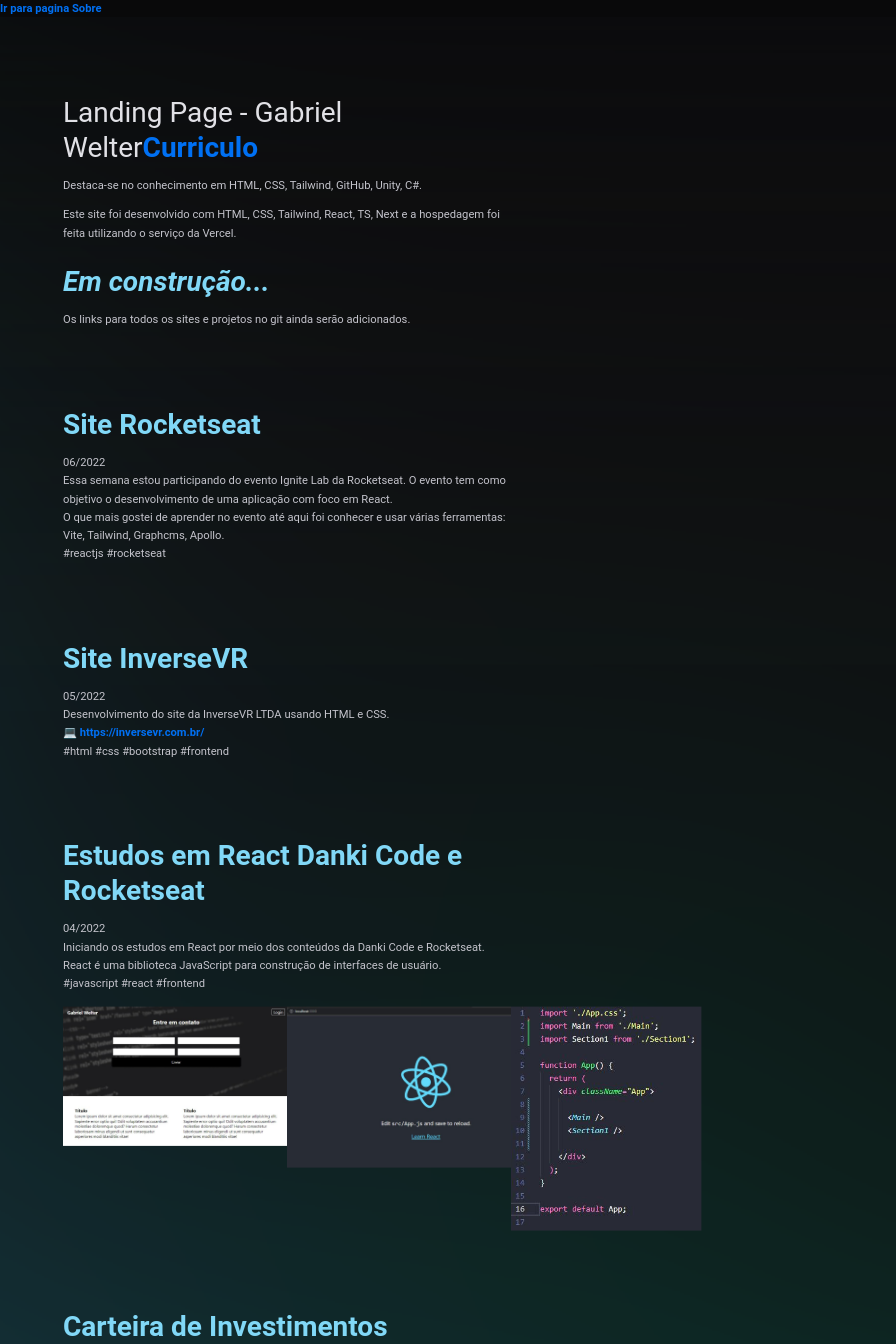
Repository: weltergab/test-next
Page: /
These files come from the project's save history. The page is drawn as it stood at one moment and after the next save; the edit follows.
The browser window is 1280 px wide. The pictures show the part of the page from y = 0 to 1920 px (the page is 2986 px tall before and 2960 px after), at 70% of full size.
The project was rebuilt for these pictures with package versions that can differ from the ones it lists, and the page was loaded fresh each time. The framework's server and built-in components were replaced by stand-ins that run in the browser. Also part of the build but not shown: next.config.js.

Above is the page before, as saved 2023-04-06 20:15:32.

### src/pages/index.tsx
import Head from 'next/head'
import Image from 'next/image'
import { Inter } from 'next/font/google'

import Link from 'next/link'

import { useEffect, useState } from 'react'
import reactLogo from './assets/react.svg'

// import curriculo from './assets/curriculo.pdf';
// import omnistack from '../../public/assets/blur-background.png';
// import estudosReact_1 from '../../public/assets/blur-background.png';
// import estudosReact_2 from '../../public/assets/estudosReact_2.jpg';
// import estudosReact_3 from '../../public/assets/estudosReact_3.jpg';
// import mockup from '../../public/assets/code-mockup.png';

import ImageComponent from '../components/ImageComponent';


const inter = Inter({ subsets: ['latin'] })

export default function Home() {

  const [count, setCount] = useState(0)

  const [showImage, setShowImage] = useState(false);

  const handleShowImage = () => {
    setShowImage(true);
  };

  const handleCloseImage = () => {
    setShowImage(false);
  };

  return (
    <>
      <Head>
        <title>Create Next App</title>
        <meta name="description" content="Generated by create next app" />
        <meta name="viewport" content="width=device-width, initial-scale=1" />
        <link rel="icon" href="/favicon.ico" />
      </Head>
      <main>
        <div className=''>
          <Link href="/sobre">Ir para pagina Sobre</Link>
        </div>
      </main>

      <div>
        <div className="min-h-screen bg-blur bg-cover bg-no-repeat flex flex-col items-center bg-center">

          {/* Titulos */}
          <div className="max-w-[1100px] w-full flex items-center justify-between mt-20 mx-auto">
            <div className='header'>
              <div className="max-w-[640px]">

                <h1 className="mt-8 text-[2.5rem] leading-tight">
                  Landing Page - Gabriel Welter

                  <a href='/assets/curriculo.pdf' target="_blank">Curriculo</a>
                </h1>
                <p className="mt-4 text-gray-200 leading-relaxed">
                  Destaca-se no conhecimento em HTML, CSS, Tailwind, GitHub, Unity, C#.
                </p>
                <p className="mt-4 text-gray-200 leading-relaxed">
                  Este site foi desenvolvido com HTML, CSS, Tailwind, React, TS, Next e a hospedagem foi feita utilizando o serviço da Vercel.
                </p>
                <h1 className="mt-8 text-[2.5rem] leading-tight italic">
                  <strong className="text-blue-500">Em construção...</strong>
                </h1>
                <p className="mt-4 text-gray-200 leading-relaxed">
                  Os links para todos os sites e projetos no git ainda serão adicionados.
                </p>
              </div>
            </div>
          </div>


          {/* Publicacoes */}
          <div className="publication max-w-[1100px] w-full flex flex-col justify-between mt-20 mx-auto"> {/* items-center  */}
            <div className="max-w-[640px] postagem">
              <h1 className="mt-8 text-[2.5rem] leading-tight">
                <strong className="text-blue-500">Site Rocketseat</strong>
              </h1>
              <p className="mt-4 text-gray-200 leading-relaxed">
                06/2022 <br />
                Essa semana estou participando do evento Ignite Lab da Rocketseat.
                O evento tem como objetivo o desenvolvimento de uma aplicação com foco em React. <br />
                O que mais gostei de aprender no evento até aqui foi conhecer e usar várias ferramentas: Vite, Tailwind, Graphcms, Apollo. <br />
                #reactjs #rocketseat
              </p>
            </div>
          </div>

          <div className="publication max-w-[1100px] w-full flex flex-col justify-between mt-20 mx-auto">
            <div className="max-w-[640px] postagem">
              <h1 className="mt-8 text-[2.5rem] leading-tight">
                <strong className="text-blue-500">Site InverseVR</strong>
              </h1>
              <p className="mt-4 text-gray-200 leading-relaxed">
                05/2022 <br />
                Desenvolvimento do site da InverseVR LTDA usando HTML e CSS. <br />
                <a href="https://inversevr.com.br/" target="_blank">💻 https://inversevr.com.br/</a><br />
                #html #css #bootstrap #frontend
              </p>
            </div>
          </div>

          <div className="publication max-w-[1100px] w-full flex flex-col justify-between mt-20 mx-auto">
            <div className="max-w-[640px] postagem">
              <h1 className="mt-8 text-[2.5rem] leading-tight">
                <strong className="text-blue-500">Estudos em React Danki Code e Rocketseat</strong>
              </h1>
              <p className="mt-4 text-gray-200 leading-relaxed">
                04/2022 <br />
                Iniciando os estudos em React por meio dos conteúdos da Danki Code e Rocketseat.
                React é uma biblioteca JavaScript para construção de interfaces de usuário. <br />
                #javascript #react #frontend
              </p>
              <div className='flex justify-between mt-5'>
                <ImageComponent imageSrc="/assets/estudosReact_1.png" />
                <ImageComponent imageSrc="/assets/estudosReact_2.jpg" />
                <ImageComponent imageSrc="/assets/estudosReact_3.jpg" />
              </div>

            </div>
          </div>

          <div className="publication max-w-[1100px] w-full flex flex-col justify-between mt-20 mx-auto">
            <div className="max-w-[640px] postagem">
              <h1 className="mt-8 text-[2.5rem] leading-tight">
                <strong className="text-blue-500">Carteira de Investimentos</strong>
              </h1>
              <p className="mt-4 text-gray-200 leading-relaxed">
                Site para organizar investimentos realizado como trabalho final da disciplina de Programação Web da UFSM.
                Foi desenvolvido com HTML, CSS, Taiwindcss, PHP.
                Bernardo Gatto foi responsável pelo Backend em PHP.
              </p>
            </div>
          </div>
          <div className="publication max-w-[1100px] w-full flex flex-col justify-between mt-20 mx-auto">
            <div className="max-w-[640px] postagem">
              <h1 className="mt-8 text-[2.5rem] leading-tight">
                <strong className="text-blue-500">OmniStack 11 - Rocketseat</strong>
              </h1>
              <p className="mt-4 text-gray-200 leading-relaxed">
                03/2020 <br />
                Participei da semana de desenvolvimento prático da Rocketseat e tive uma introdução a Node.js, ReactJS e React Native. <br />
                <a href='/assets/certificado_omnistack.pdf' target="_blank">Certificado OmniStack 11</a>
              </p>
            </div>
          </div>

          <div className='footer'>
            <img src='/assets/code-mockup.png' className="mt-10 headline" alt="" />
          </div>
        </div>
      </div>
    </>
  )
}

### src/styles/globals.css
@tailwind base;
@tailwind components;
@tailwind utilities;

body {
    @apply bg-gray-900 text-gray-100;
    -webkit-font-smoothing: antialiased;
  }

  a {
    color: #0070f3;
    text-decoration: none;
    font-weight: bold;
  }

  a:hover {
    font-style: italic;
  }

  /* Esconder a imagem grande */
  .imagem-grande {
    display: none;
  }

  /* Estilizar o link */
  .link-imagem:hover {
    cursor: zoom-in;
  }

  /* Mudar a aparência do link quando o usuário passar o mouse sobre a imagem pequena */
  .imagem-pequena:hover {
    opacity: 0.7;
  }

### src/components/ImageComponent/index.tsx
import React, { useState } from 'react';

type Props = {
  imageSrc: string;
};

const ImageComponent: React.FC<Props> = ({ imageSrc }) => {
  const [isImageClicked, setIsImageClicked] = useState(false);
  const [isExpanded, setIsExpanded] = useState(false);

  const handleImageClick = () => {
    setIsImageClicked(!isImageClicked);
    setIsExpanded(true);
  };

  const handleExpandedImageClick = () => {
    setIsExpanded(false);
  };

  return (
    <div className="relative max-w-full max-h-full mx-auto">
      <div className="relative max-w-full max-h-full mx-auto">
        <img
          src={imageSrc}
          alt="imagem"
          onClick={handleImageClick}
          className="max-w-80 max-h-80"
        />
      </div>
      {isExpanded && (
        <div
          className="fixed top-0 left-0 w-full h-full z-50 flex items-center justify-center"
          onClick={handleExpandedImageClick}
        >
          <img
            src={imageSrc}
            alt="imagem ampliada"
            className="max-w-4xl max-h-4xl object-contain"
          />
        </div>
      )}
    </div>
  );
};

export default ImageComponent;

### tailwind.config.js
/** @type {import('tailwindcss').Config} */
module.exports = {
  content: [
    "./app/**/*.{js,ts,jsx,tsx}",
    "./pages/**/*.{js,ts,jsx,tsx}",
    "./components/**/*.{js,ts,jsx,tsx}",

    // Or if using `src` directory:
    "./src/**/*.{js,ts,jsx,tsx}",
  ],
  theme: {
    extend: {
      backgroundImage: {
        blur: 'url(/assets/blur-background.png)'
      },
      fontFamily: {
        sans: 'Roboto, sans-serif',
      },
      colors: {
        black: {
          100: '#11172B',
        },
        green: {
          300: '#00B37E',
          500: '#00875F',
          700: '#015F43',
        },
        blue: {
          500: '#81D8F7',
        },
        orange: {
          500: '#FBA94C',
        },
        red: {
          500: '#F75A68',
        },
        gray: {
          100: '#E1E1E6',
          200: '#C4C4CC',
          300: '#8D8D99',
          500: '#323238',
          600: '#29292E',
          700: '#121214',
          900: '#09090A'
        }
      },
    },
  },
  plugins: [],
}

Loaded but not shown: src/pages/_app.js (common file); src/pages/_document.js (common file)

After the next save:
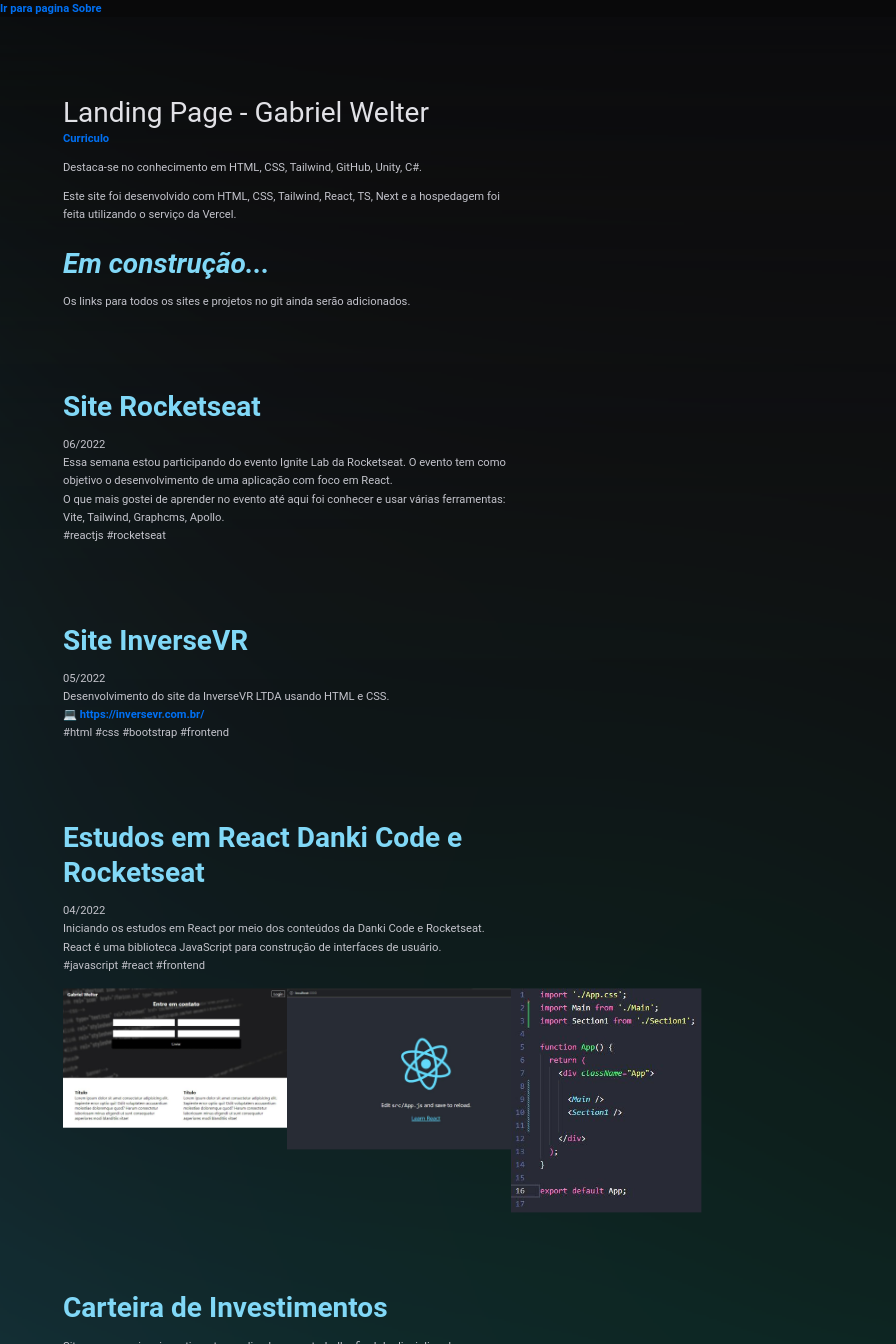
Saved 31 s later.
--- a/src/pages/index.tsx
+++ b/src/pages/index.tsx
@@ -57,9 +57,8 @@
 
                 <h1 className="mt-8 text-[2.5rem] leading-tight">
                   Landing Page - Gabriel Welter
-
-                  <a href='/assets/curriculo.pdf' target="_blank">Curriculo</a>
                 </h1>
+                <h2><a href='/assets/curriculo.pdf' target="_blank">Curriculo</a></h2>
                 <p className="mt-4 text-gray-200 leading-relaxed">
                   Destaca-se no conhecimento em HTML, CSS, Tailwind, GitHub, Unity, C#.
                 </p>
